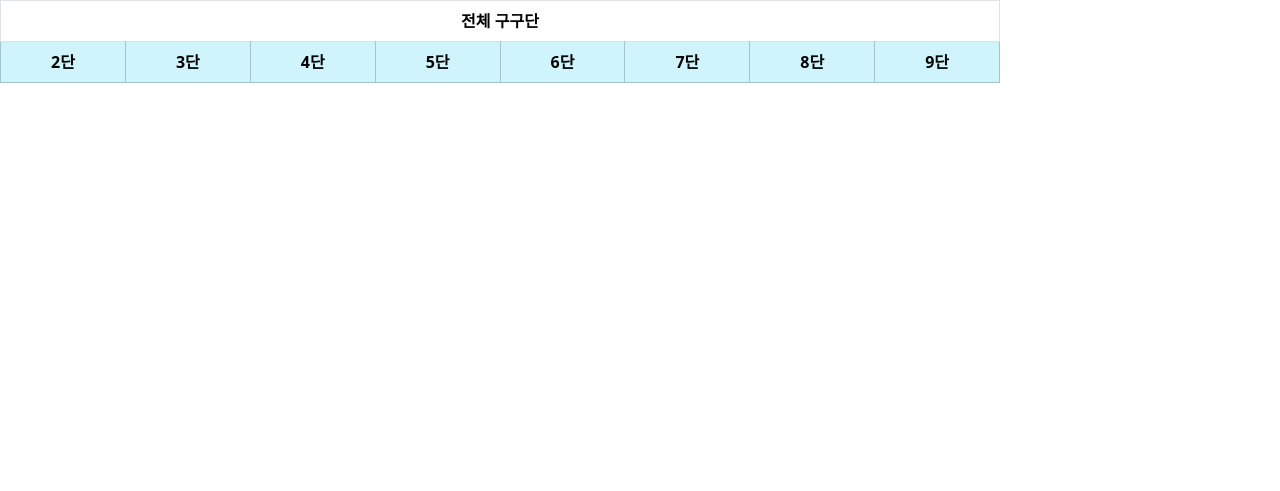
Repository: GANADAG/jspProject
Page: http://localhost/JspProject/day0228/jspGugu_04.jsp
The author's editor kept a copy of each file at every save. The page is drawn from the files as they stood at one save, then again after the next save.
The browser window is 1280 px wide. The pictures show the whole page.
Some web fonts or font styles are not loaded; a fallback is used. The page is served by Tomcat 9. Other server files are loaded and not shown.

Above is the page before, as saved 2024-02-28 01:42:46.

### JspProject/src/main/webapp/day0228/jspGugu_04.jsp
<%@ page language="java" contentType="text/html; charset=UTF-8"
    pageEncoding="UTF-8"%>
<!DOCTYPE html>
<html>
<head>
<meta charset="UTF-8">
<link href="https://cdn.jsdelivr.net/npm/bootstrap@5.3.2/dist/css/bootstrap.min.css" rel="stylesheet">
<link href="https://fonts.googleapis.com/css2?family=Diphylleia&family=Dongle&family=Noto+Sans+KR:wght@100..900&family=Orbit&family=Stylish&display=swap" rel="stylesheet">
<script src="https://code.jquery.com/jquery-3.7.0.js"></script>

<title>Insert title here</title>
</head>
<body>
	<table class="table table-bordered" style="width: 1000px;">
		<tr>
			<td colspan="8" align="center">
				<b>전체 구구단</b>
			</td>
		</tr>

		<tr class="table-info">
			<%
				for(int dan=2;dan<=9;dan++)
				{%>
					<td align="center"><b><%=dan %>단</b></td>
				<%}
			%>
		</tr>


	</table>
</body>
</html>

After the next save:
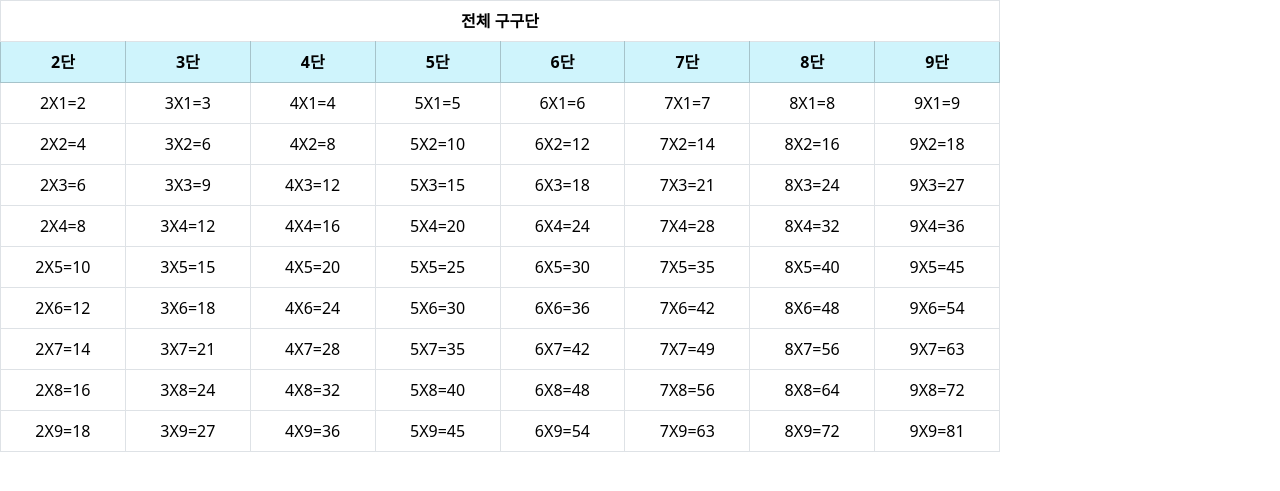
Saved 4 min 53 s later.
--- a/JspProject/src/main/webapp/day0228/jspGugu_04.jsp
+++ b/JspProject/src/main/webapp/day0228/jspGugu_04.jsp
@@ -27,6 +27,27 @@
 			%>
 		</tr>
 
+		<%
+			for(int i=1;i<=9;i++)
+			{%>
+				<tr>
+				<%
+				for(int dan=2;dan<=9;dan++)
+				{%>
+					<td align="center">
+						<%=dan %>X<%=i %>=<%=dan*i %>
+					</td>
+			    <%}
+	    	%>
+
+	    	</tr>
+
+	    	  <%}
+	    	%>
+
+
+
+
 
 	</table>
 </body>
